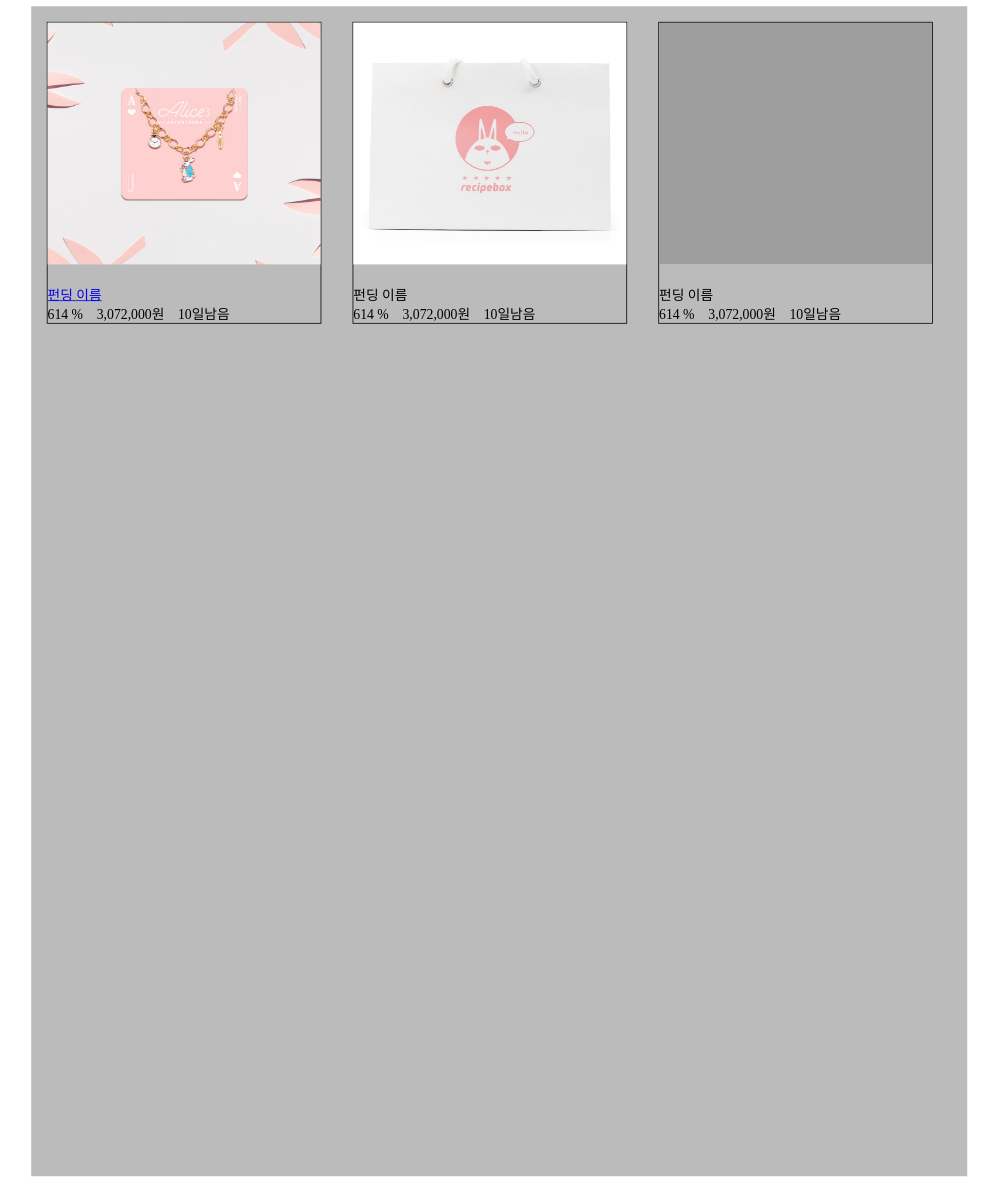
Repository: GroundPark/team6
Page: http://localhost/lefthand/page/product/funding_list.jsp
An editor plug-in stored every save of this project. The page is shown before and after the next save, followed by the edit.
The browser window is 1280 px wide. The pictures show the whole page, at 78% of full size.
Pictures or frames that could not be fetched are drawn as grey boxes. The page is served by Tomcat 9.

Above is the page before, as saved 2021-11-20 17:08:57.

After the next save:
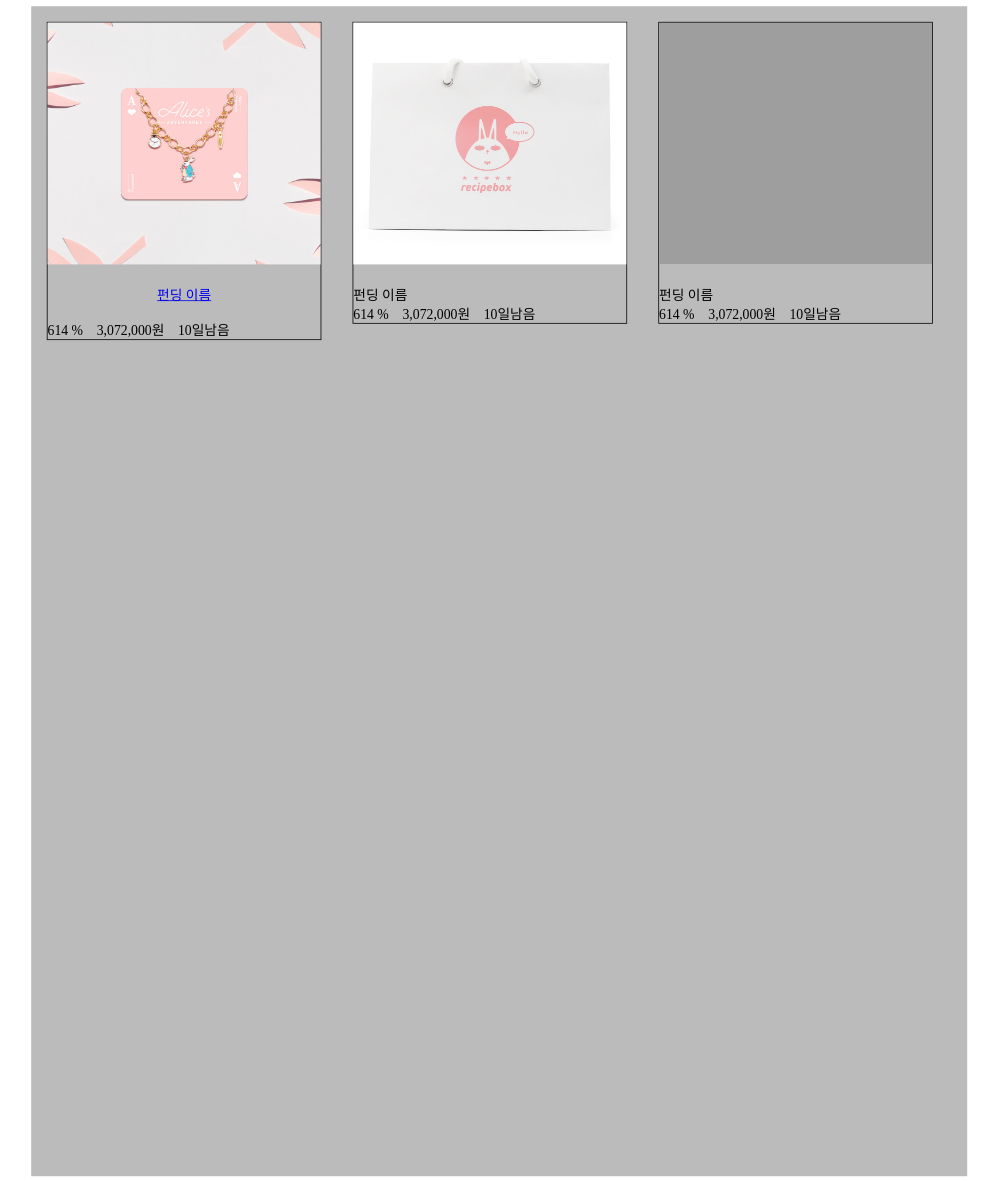
Saved 117 s later.
--- a/lefthand/WebContent/page/product/funding_list.jsp
+++ b/lefthand/WebContent/page/product/funding_list.jsp
@@ -17,7 +17,7 @@
 <div class="funding_contents">
 <div class="funding">
 	<a href="#"><img src="../funding/img/fd101_info_1.jpg" style="width:350px; height:310px; padding-bottom:25px;" /></a><br />
-	<a href="#" style="align:center;">펀딩 이름</a><br />614 % &nbsp;&nbsp; 3,072,000원 &nbsp;&nbsp; 10일남음
+	<div style="text-align:center;"><a href="#">펀딩 이름</a></div><br />614 % &nbsp;&nbsp; 3,072,000원 &nbsp;&nbsp; 10일남음
 </div>
 
 <div class="funding">
